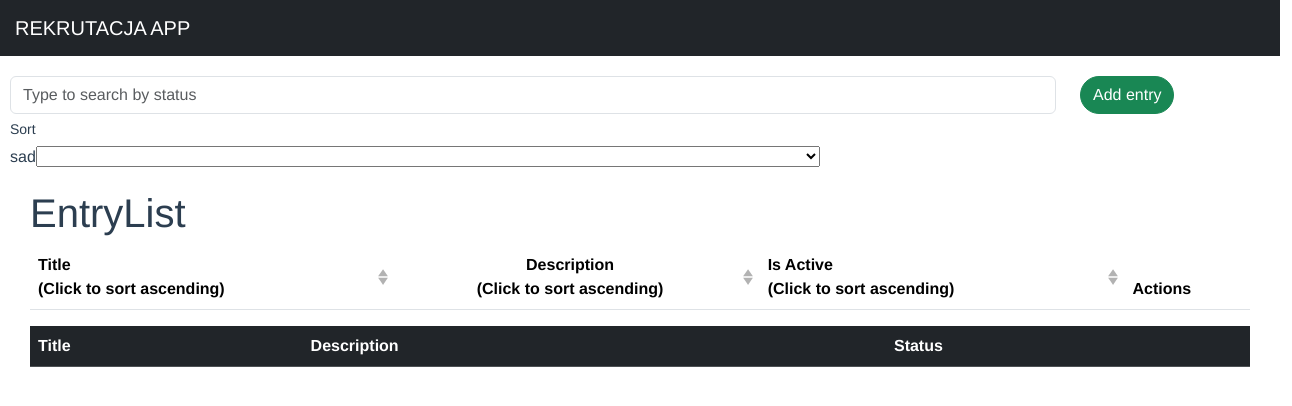
Repository: Madaless/vue_elastic
Page: / (app in vuejsapp/crudapp/)
These files come from the project's save history. The page is drawn as it stood at one moment and after the next save; the edit follows.
The browser window is 1280 px wide. The page is 1292 px wide, so the pictures cover 1292 px, including what lies to the right of the window. The pictures show the whole page.
The page's requests for data from a server got no answer. The project was rebuilt for these pictures with package versions that can differ from the ones it lists, and the page was loaded fresh each time. No one was signed in, and anything a server would have sent is missing.

Above is the page before, as saved 2021-09-12 19:41:35.

After the next save:
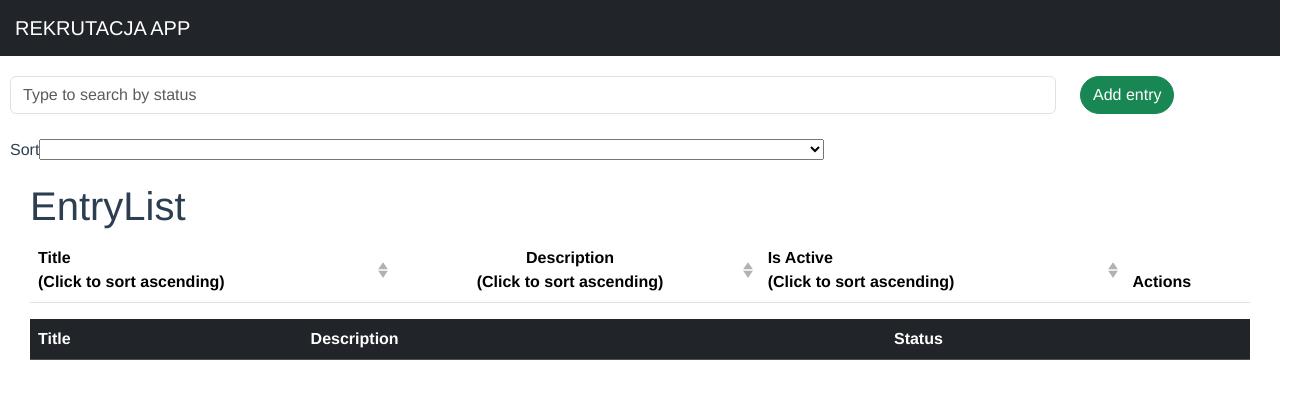
Saved 25 s later.
--- a/vuejsapp/crudapp/src/components/FilterEntry.vue
+++ b/vuejsapp/crudapp/src/components/FilterEntry.vue
@@ -9,7 +9,6 @@
 
 
       <b-form-group
-        label="Sort"
         label-for="sort-by-select"
         label-cols-sm="3"
         label-align-sm="right"
@@ -17,7 +16,7 @@
         class="mb-0"
         v-slot="{ ariaDescribedby }"
       >
-      <label>sad</label>
+      <label>Sort</label>
         <b-form-select
           id="sort-by-select"
           v-model="sortBy"
